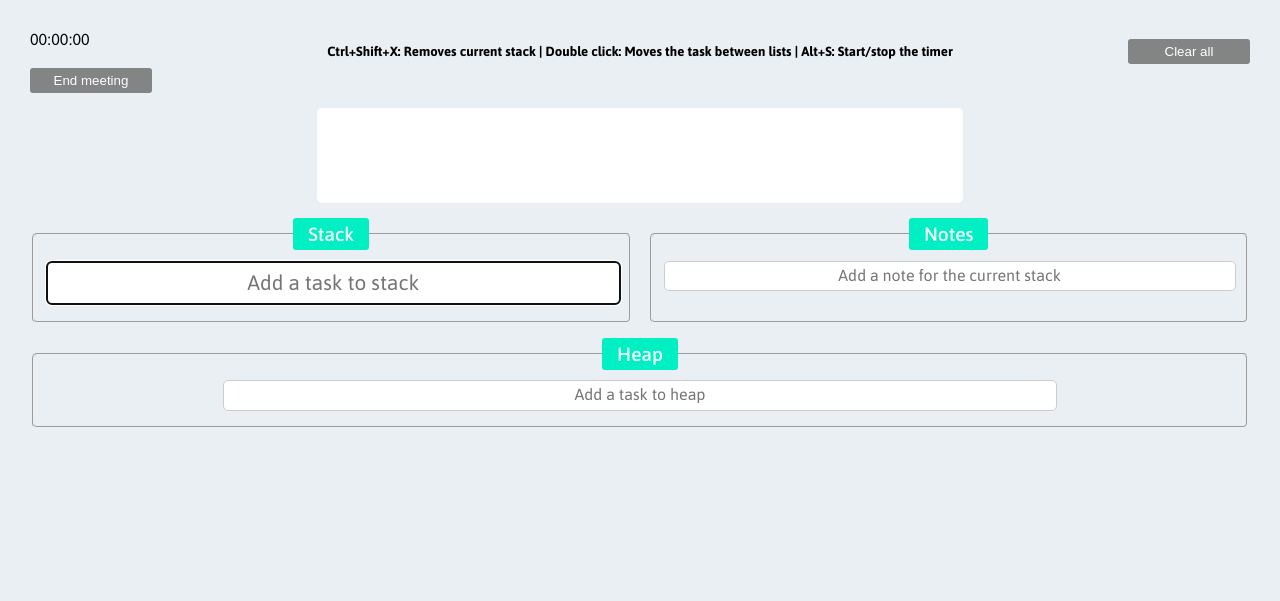
Repository: litalsh/Meeting-Managment-App
Page: /
The author's editor kept a copy of each file at every save. The page is drawn from the files as they stood at one save, then again after the next save.
The browser window is 1280 px wide. The pictures show the whole page.
The project was rebuilt for these pictures with package versions that can differ from the ones it lists, and the page was loaded fresh each time. Also part of the build but not shown: src/components/Task/Task.css, src/components/Task/Task.js, src/components/Notes/Note.js.

Above is the page before, as saved 2021-01-17 11:05:10.

After the next save:
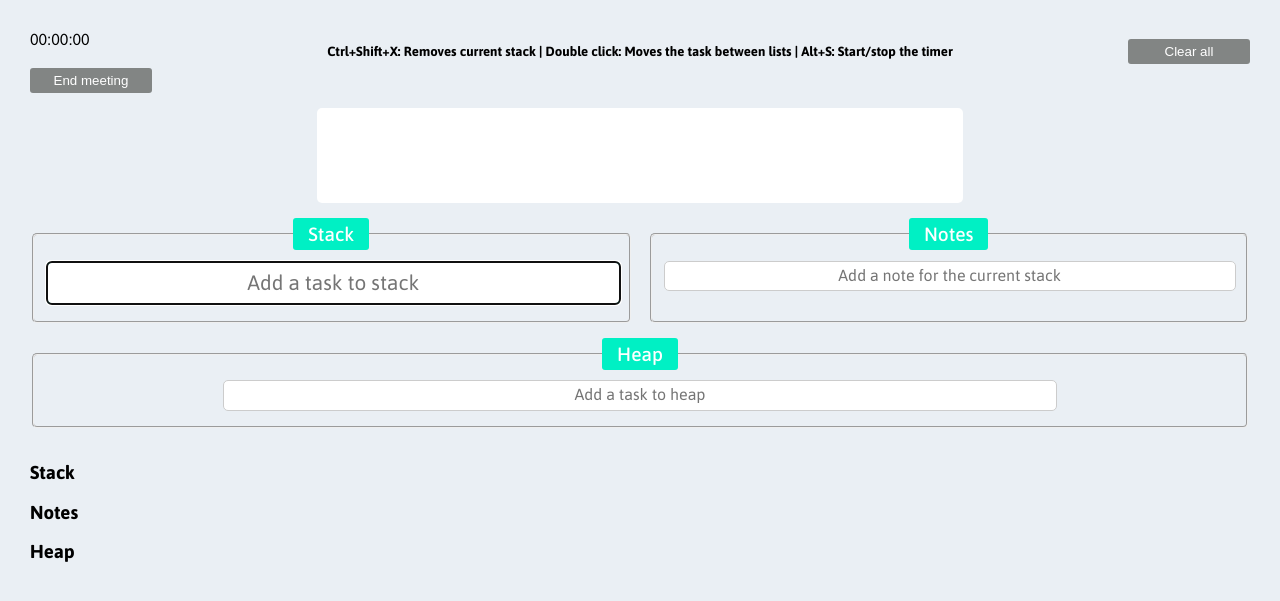
Saved 7 s later.
--- a/src/App.js
+++ b/src/App.js
@@ -21,6 +21,7 @@ function App() {
         <Stack />
         <Notes />
         <Heap />
+        <Template />
       </MeetingContextProvider>
     </div>
   );
